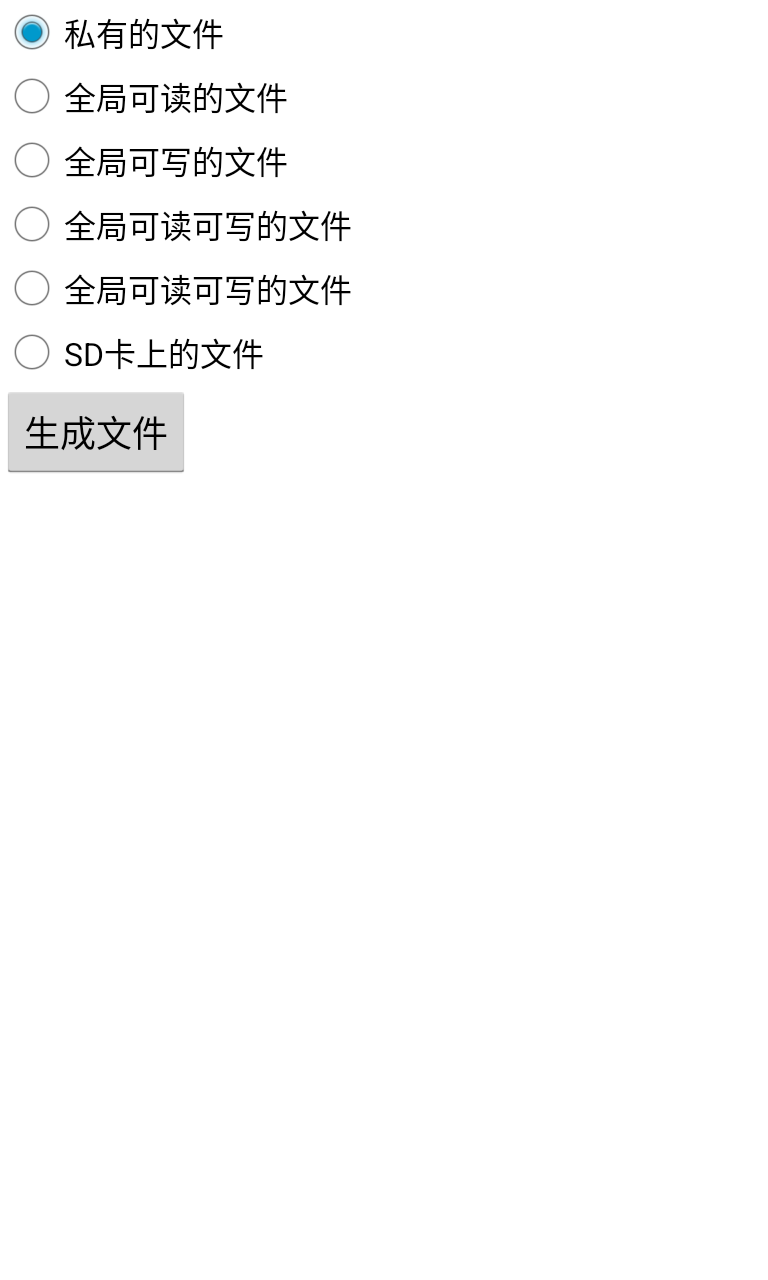
Repository: qq839924354/day01
Layout: day02/code/TestMode/res/layout/activity_main.xml
These files come from the project's save history. The layout is drawn as it stood at one moment and after a run of saves; the edit follows.
It is drawn on a 768 x 1280 px phone screen (xhdpi) without system bars, with theme AppTheme; the app's code is not run.

Above is the layout before, as saved 2013-03-01 08:46:50.

### day02/code/TestMode/res/layout/activity_main.xml
<LinearLayout xmlns:android="http://schemas.android.com/apk/res/android"
    xmlns:tools="http://schemas.android.com/tools"
    android:layout_width="match_parent"
    android:layout_height="match_parent"
    android:orientation="vertical"
    tools:context=".MainActivity" >

    <RadioGroup
        android:id="@+id/rg"
        android:layout_width="wrap_content"
        android:layout_height="wrap_content" >

        <RadioButton
            android:id="@+id/rb_private"
            android:layout_width="wrap_content"
            android:layout_height="wrap_content"
            android:checked="true"
            android:text="私有的文件" />

        <RadioButton
            android:id="@+id/rb_readable"
            android:layout_width="wrap_content"
            android:layout_height="wrap_content"
            android:text="全局可读的文件" />

        <RadioButton
            android:id="@+id/rb_writeable"
            android:layout_width="wrap_content"
            android:layout_height="wrap_content"
            android:text="全局可写的文件" />

        <RadioButton
            android:id="@+id/rb_all"
            android:layout_width="wrap_content"
            android:layout_height="wrap_content"
            android:text="全局可读可写的文件" />


          <RadioButton
            android:id="@+id/rb_append"
            android:layout_width="wrap_content"
            android:layout_height="wrap_content"
            android:text="全局可读可写的文件" />

        <RadioButton
            android:id="@+id/rb_sd"
            android:layout_width="wrap_content"
            android:layout_height="wrap_content"
            android:text="SD卡上的文件" />
    </RadioGroup>

    <Button
		android:onClick="generateFile"
        android:layout_width="wrap_content"
        android:layout_height="wrap_content"
        android:text="生成文件" />

</LinearLayout>

Loaded but not shown: day02/code/TestMode/res/values/styles.xml (common file); day02/code/TestMode/res/values-v11/styles.xml (common file); day02/code/TestMode/res/values-v14/styles.xml (common file)

After the next 2 saves:
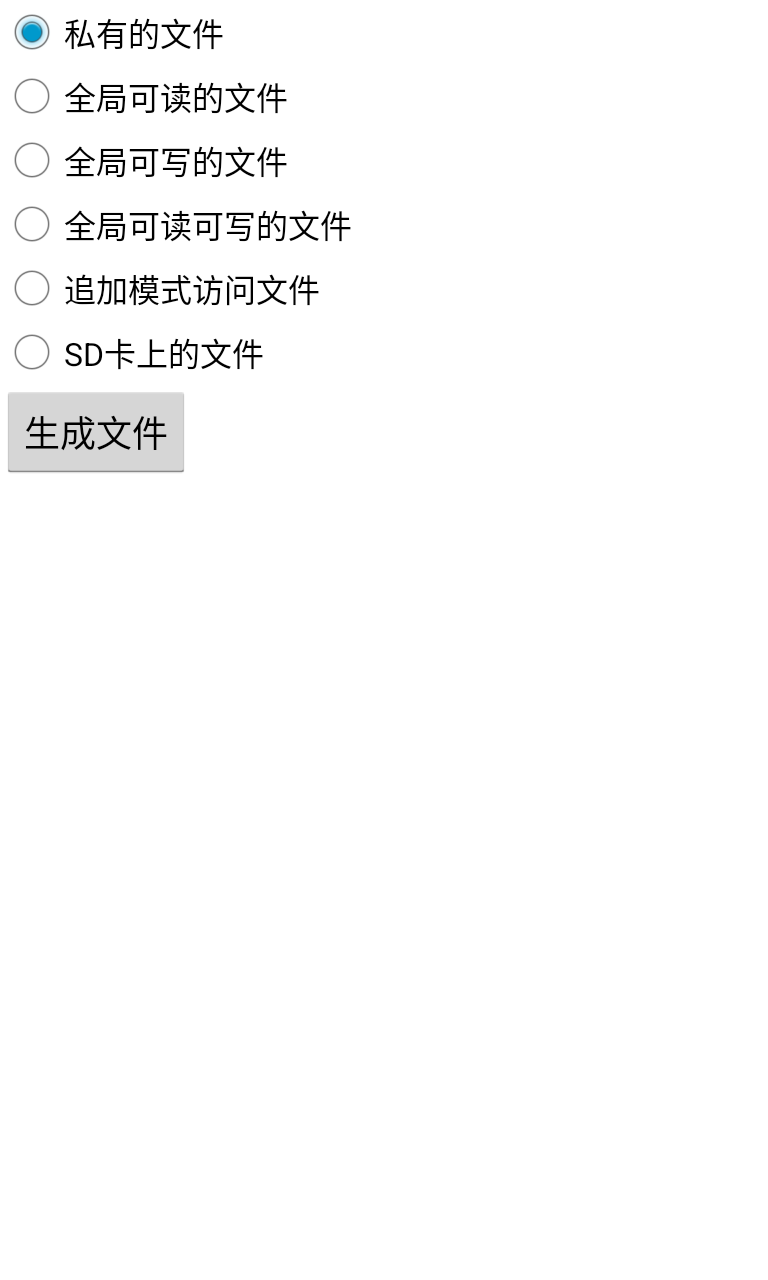
The 2 saves are shown as one change because they came seconds apart.
The last was saved 8 s later.
--- a/day02/code/TestMode/res/layout/activity_main.xml
+++ b/day02/code/TestMode/res/layout/activity_main.xml
@@ -40,7 +40,7 @@
             android:id="@+id/rb_append"
             android:layout_width="wrap_content"
             android:layout_height="wrap_content"
-            android:text="全局可读可写的文件" />
+            android:text="追加模式访问文件" />
 
         <RadioButton
             android:id="@+id/rb_sd"
